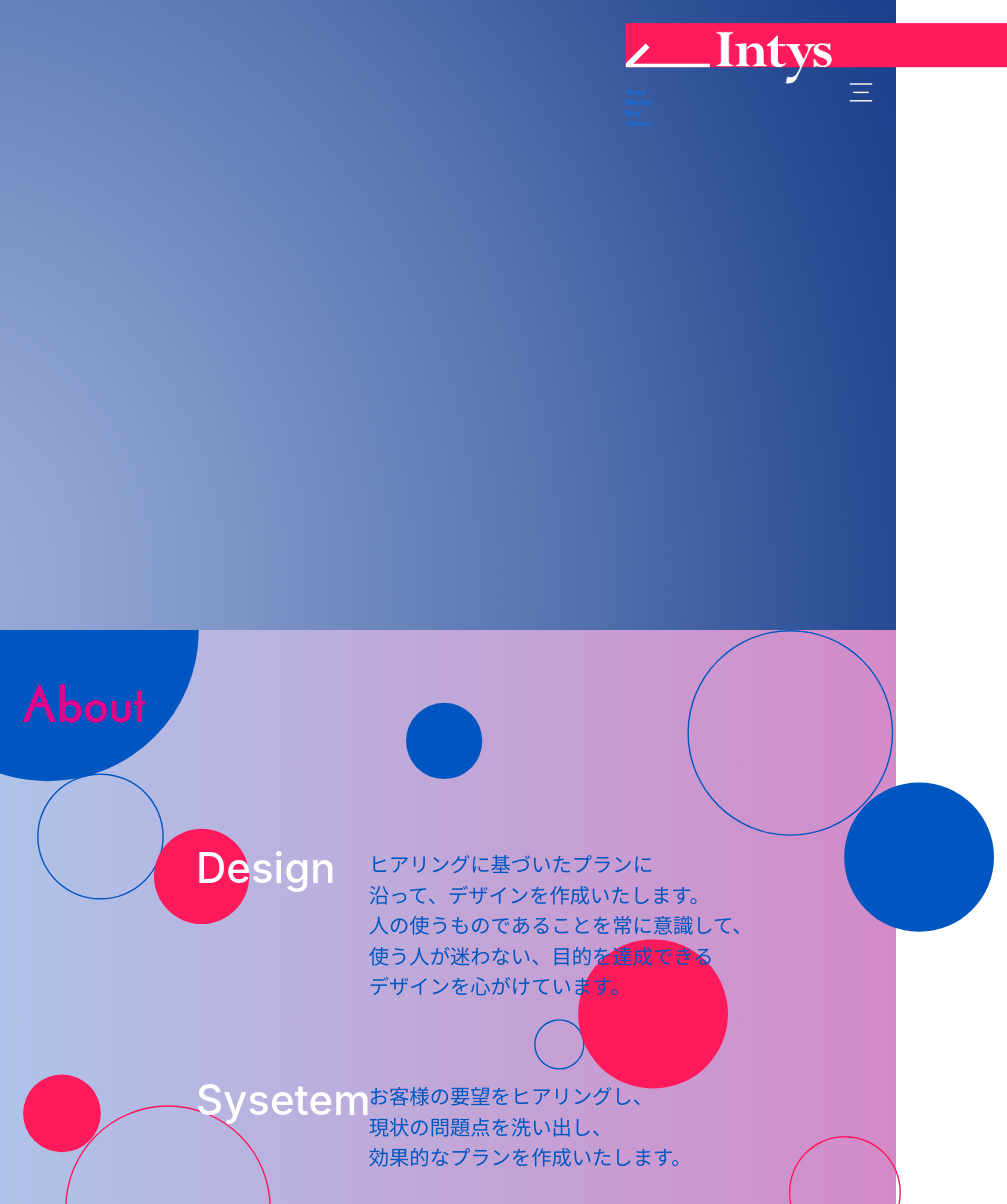
Repository: taku22/intys-hp-2
Page: index.html
The author's editor kept a record of every edit. The page is drawn from the files as they stood at one moment, then again after the next edit.
The browser window is 1280 px wide. The page is 1438 px wide, so the pictures cover 1438 px, including what lies to the right of the window. The pictures show the part of the page from y = 0 to 1720 px (the page is 4311 px tall), at 70% of full size.

Above is the page before.

After the next edit:
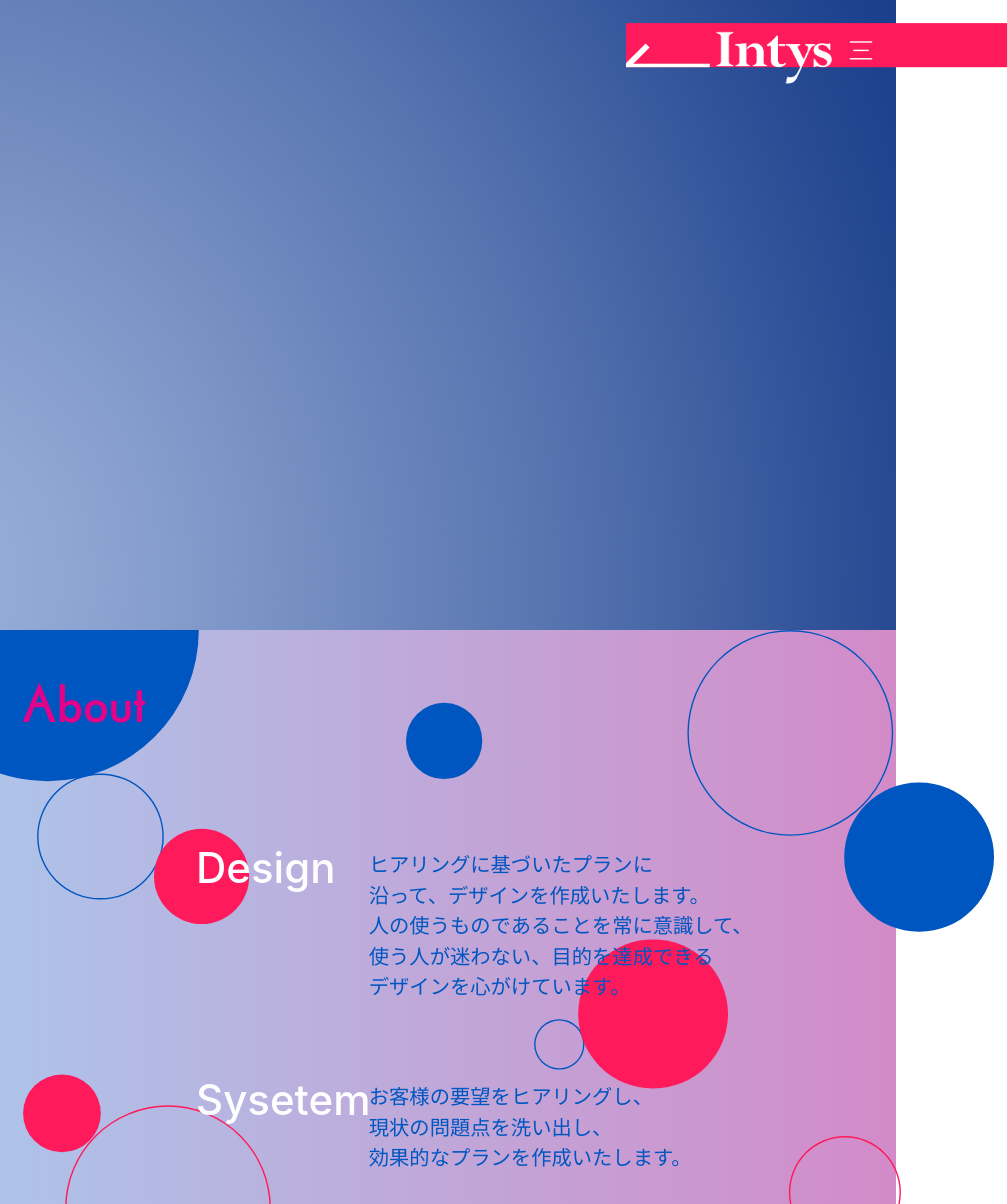
The edit:
--- a/css/style.css
+++ b/css/style.css
@@ -159,6 +159,10 @@
     cursor: pointer;
 }
 
+.dis-menu-list{
+    display:none;
+}
+
 .menu-line {
     position: absolute;
     left: 10px;
